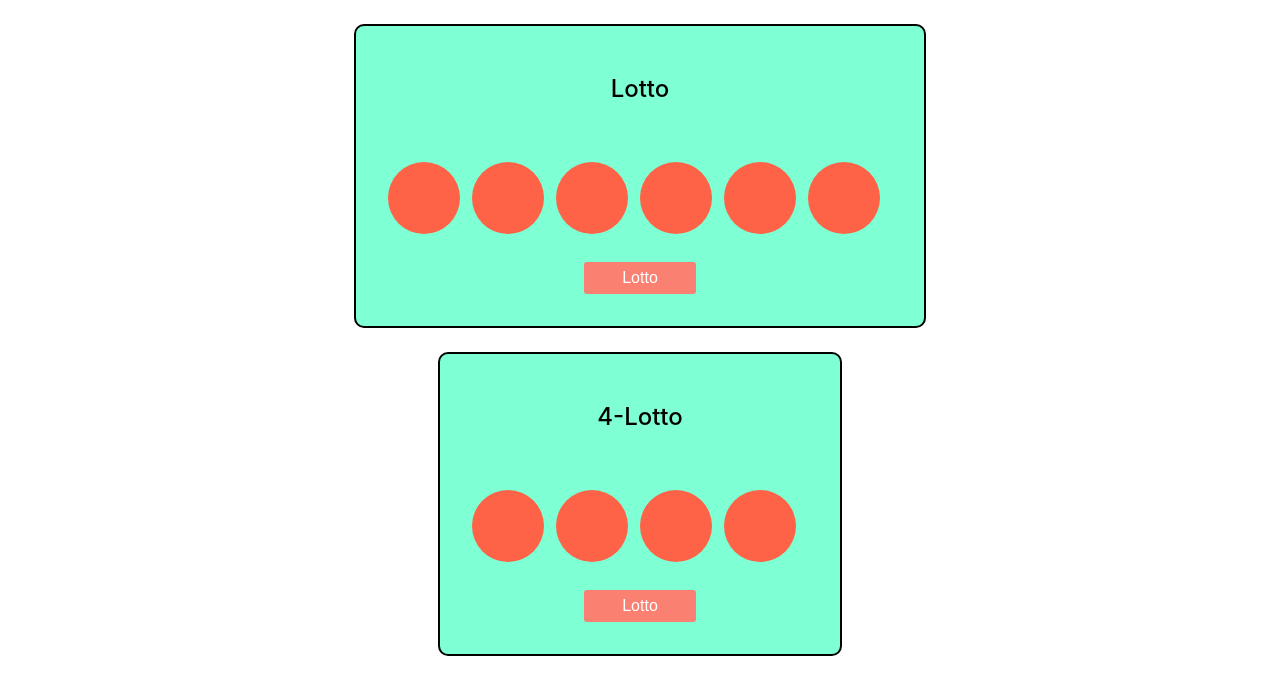
Repository: dung8466/learn-react
Page: / (app in lottery/)
An editor plug-in stored every save of this project. The page is shown before and after the next save, followed by the edit.
The browser window is 1280 px wide. The pictures show the whole page.
The project was rebuilt for these pictures with package versions that can differ from the ones it lists, and the page was loaded fresh each time.

Above is the page before, as saved 2022-09-18 21:19:46.

After the next save:
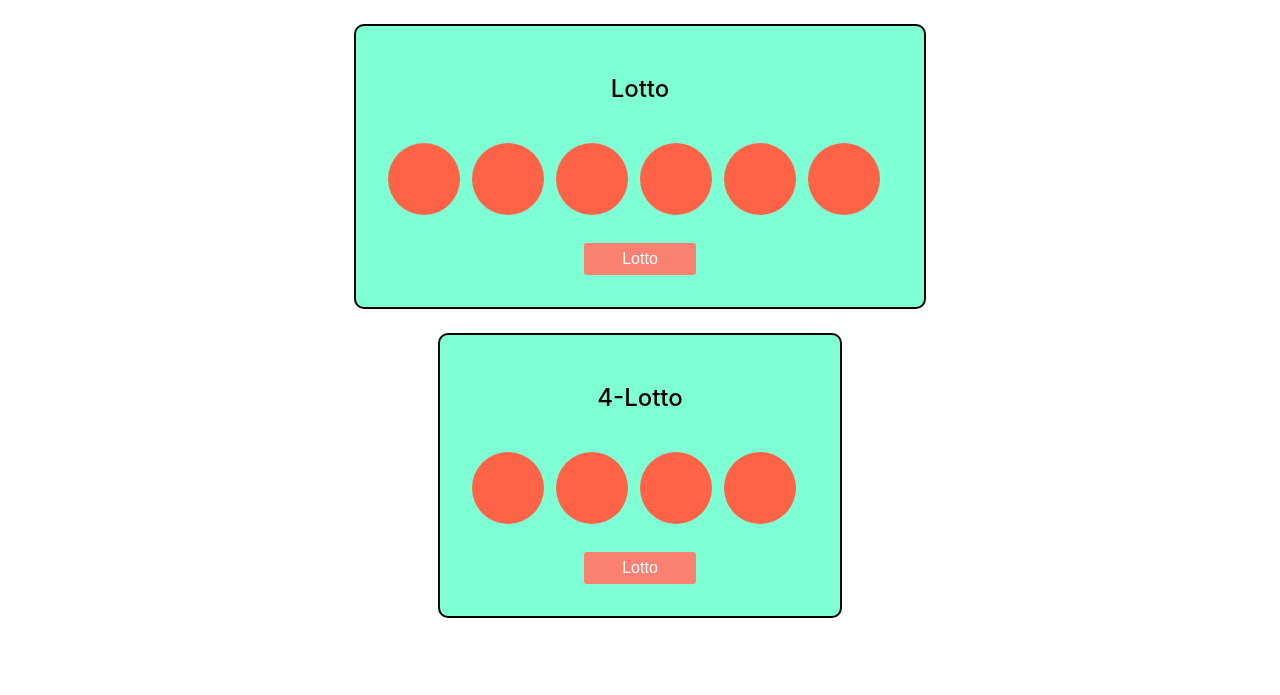
Saved 12 s later.
--- a/lottery/src/Lotto.css
+++ b/lottery/src/Lotto.css
@@ -18,8 +18,8 @@
     font-size: 1.5em;
     font-weight: 500;
     color: black;
-    width: 10em;
-    height: 2em;
+    /* width: 10em;
+    height: 2em; */
 }
 
 .btn{
